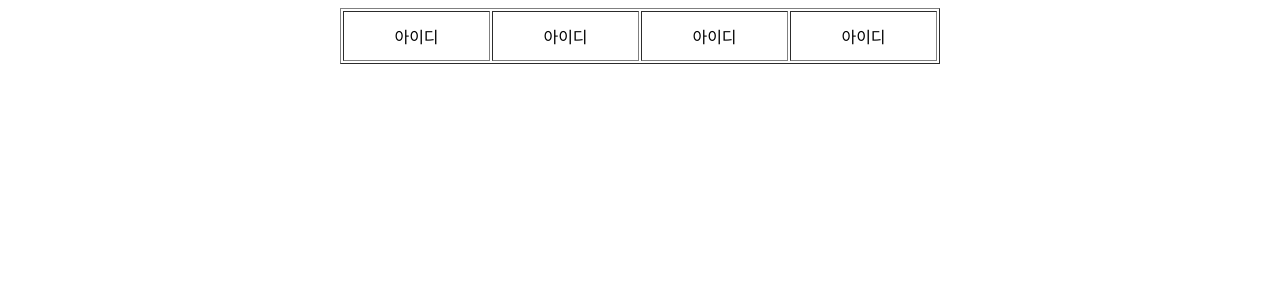
Repository: kdw1437/CreateBoardProject
Page: http://localhost/DataBase/MemberList.jsp
An editor plug-in stored every save of this project. The page is shown before and after the next save, followed by the edit.
The browser window is 1280 px wide. The pictures show the whole page.
The page is served by Tomcat 9. Queries for data that is not in the repository find no rows.

Above is the page before, as saved 2024-08-06 07:15:10.

After the next save:
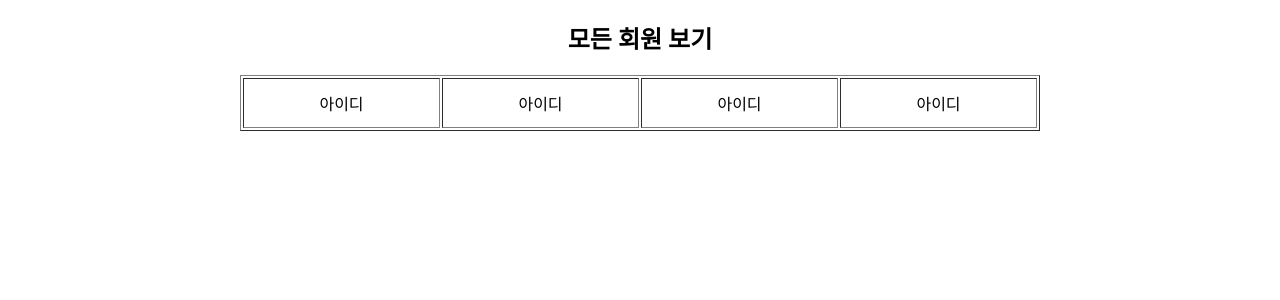
Saved 53 s later.
--- a/DataBase/src/main/webapp/MemberList.jsp
+++ b/DataBase/src/main/webapp/MemberList.jsp
@@ -19,7 +19,8 @@
 %>
 
 <center>
-<table width="600" border="1">
+<h2> 모든 회원 보기</h2>
+<table width="800" border="1">
 	<tr height="50">
 		<td align="center" width="150"> 아이디 </td>
 		<td align="center" width="150"> 아이디 </td>
